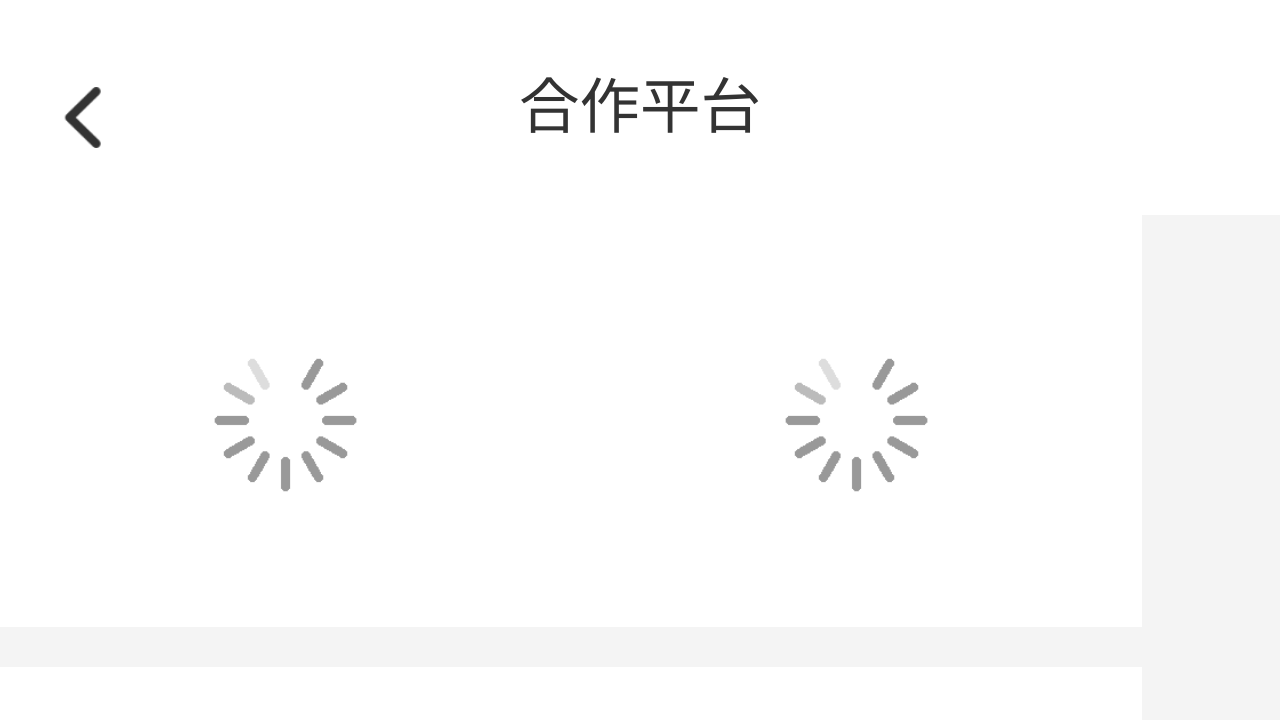
Repository: GgoodBoy/js-object
Page: jquery懒加载/platObj/platForm.html
These files come from the project's save history. The page is drawn as it stood at one moment and after the next save; the edit follows.
The browser window is 1280 px wide. The pictures show the whole page.
An inner scrolling area shows only its first screen. Some web libraries are served in a nearby version.

Above is the page before, as saved 2019-10-15 15:46:26.

After the next save:
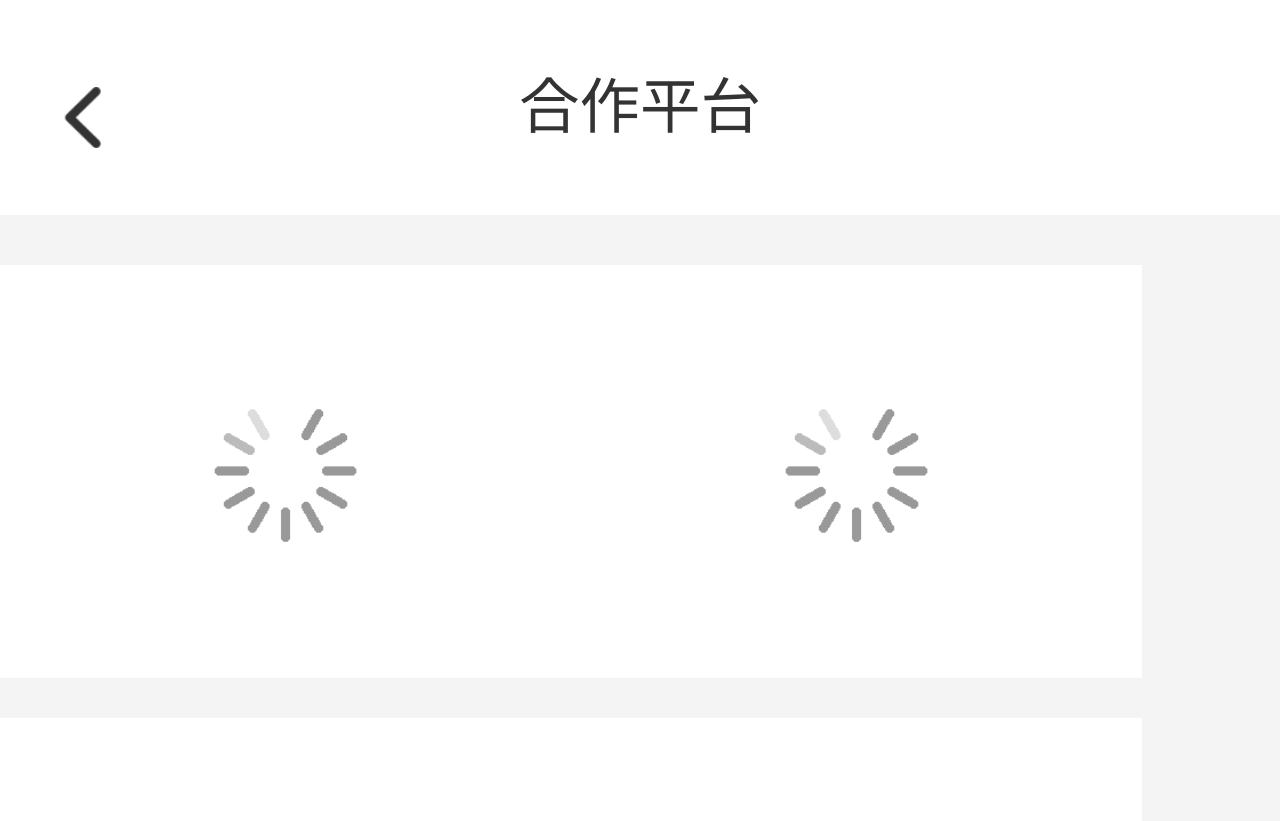
Saved 5 min 16 s later.
--- a/jquery懒加载/platObj/platForm.html
+++ b/jquery懒加载/platObj/platForm.html
@@ -93,8 +93,9 @@
     bottom: 0.4rem;
 }
 #platFormId .platList{
-    height: calc(100vh - 1.28rem);
+    height: calc(100vh - 0.98rem);
     overflow: scroll;
+    margin-top: 0.3rem;
 }
 #platFormId .platList ul{
     zoom: 1;
